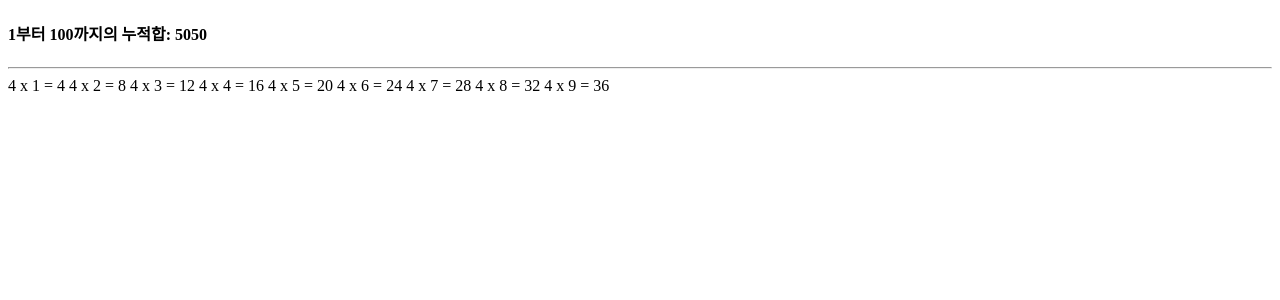
Repository: Baekdusan-baekho/jsp_practice
Page: http://localhost/JspBasic/JSTL/jstl_foreach.jsp
The author's editor kept a copy of each file at every save. The page is drawn from the files as they stood at one save, then again after the next save.
The browser window is 1280 px wide. The pictures show the whole page.
The page is served by Tomcat 9. Other server files are loaded and not shown.

Above is the page before, as saved 2023-09-12 05:52:16.

### JspBasic/src/main/webapp/JSTL/jstl_foreach.jsp
<%@ page language="java" contentType="text/html; charset=UTF-8"
    pageEncoding="UTF-8"%>

<%@ taglib uri="http://java.sun.com/jsp/jstl/core" prefix="c" %>
<!DOCTYPE html>
<html>
<head>
<meta charset="UTF-8">
<title>Insert title here</title>
</head>
<body>

	<%--
	<%

	int total =0;
	for(int i =1;i<=100;i++){
		total += 1;
	}
	%>
	<h4>1부터 100까지의 누적합: <%=total %></h4> --%>


	<%--
        <c:set> 태그는 변수의 생성과 동시에, 이미 동일한 이름의 데이터가 존재한다면
        기존의 데이터를 지목해서 값을 변경할 때도 사용합니다.
        마치 setAttribute()에서 이미 존재하는 이름을 지목하여 값을 변경하는 것처럼.
     --%>

	<c:set var="total" value="0" />
	<c:forEach var="i" begin="1" end="100" step="1">
		<c:set var="total" value="${total + i }"/>
	</c:forEach>

	<h4>1부터 100까지의 누적합: ${total }</h4>


	<hr>

	<%-- <h4>구구단 4단</h4>
	<% for(int hang=1;hang<=9;hang++) {%>
		4 X <%=hang %> = <%=4*hang %>
	<%} %> --%>

	<c:forEach var="hang" begin="1" end="9"><%-- step을 생략 시 자동으로 1로 처리됨 --%>
		4 x ${hang } = ${4*hang }
	</c:forEach>





</body>
</html>

After the next save:
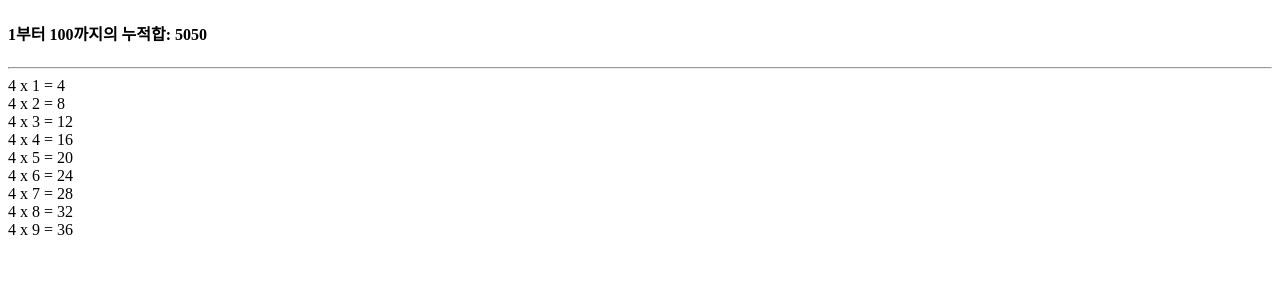
Saved 10 s later.
--- a/JspBasic/src/main/webapp/JSTL/jstl_foreach.jsp
+++ b/JspBasic/src/main/webapp/JSTL/jstl_foreach.jsp
@@ -43,7 +43,7 @@
 	<%} %> --%>
 
 	<c:forEach var="hang" begin="1" end="9"><%-- step을 생략 시 자동으로 1로 처리됨 --%>
-		4 x ${hang } = ${4*hang }
+		4 x ${hang } = ${4*hang } <br>
 	</c:forEach>
 
 
